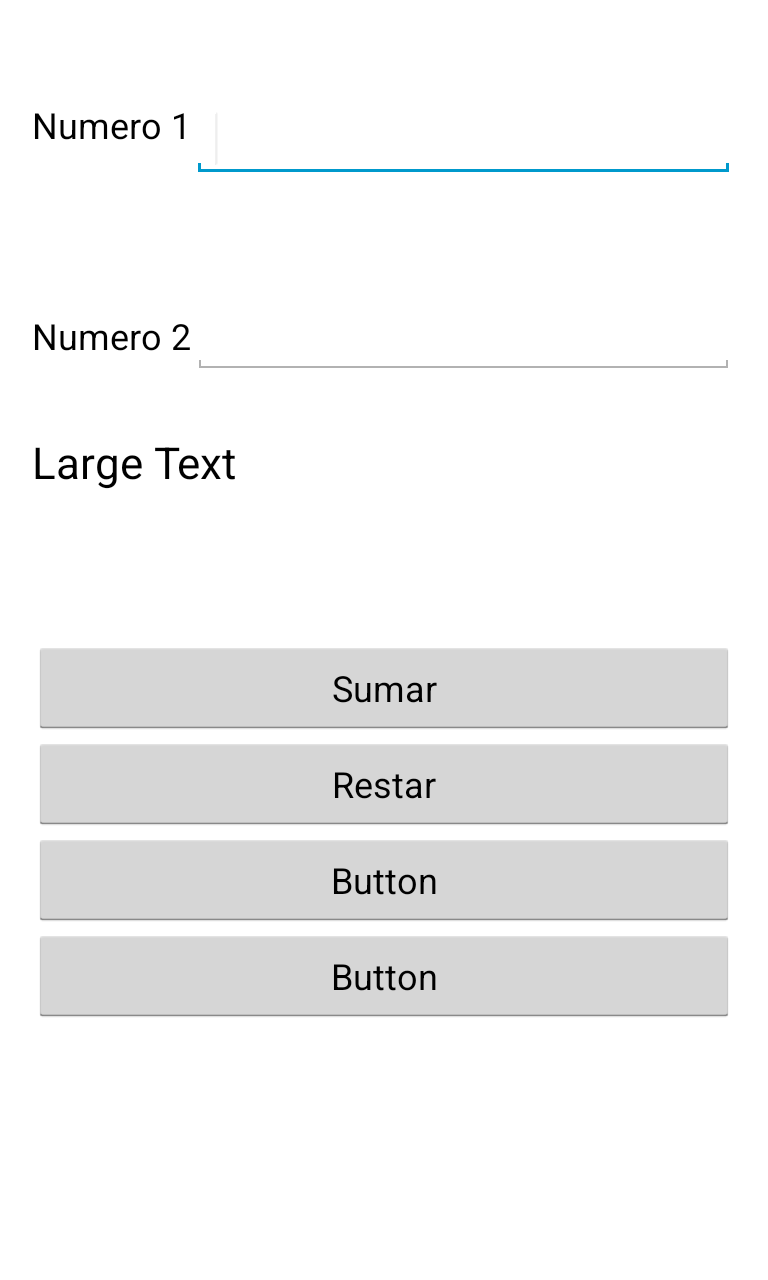
Repository: evervasquez/CursoAndroid
Layout: Precalculadora/res/layout/fragment_main.xml
An editor plug-in stored every save of this project. The layout is shown before and after the next save, followed by the edit.
It is drawn on a 768 x 1280 px phone screen (xhdpi) without system bars, with theme AppTheme; the app's code is not run.

Above is the layout before, as saved 2014-04-29 03:41:16.

After the next save:
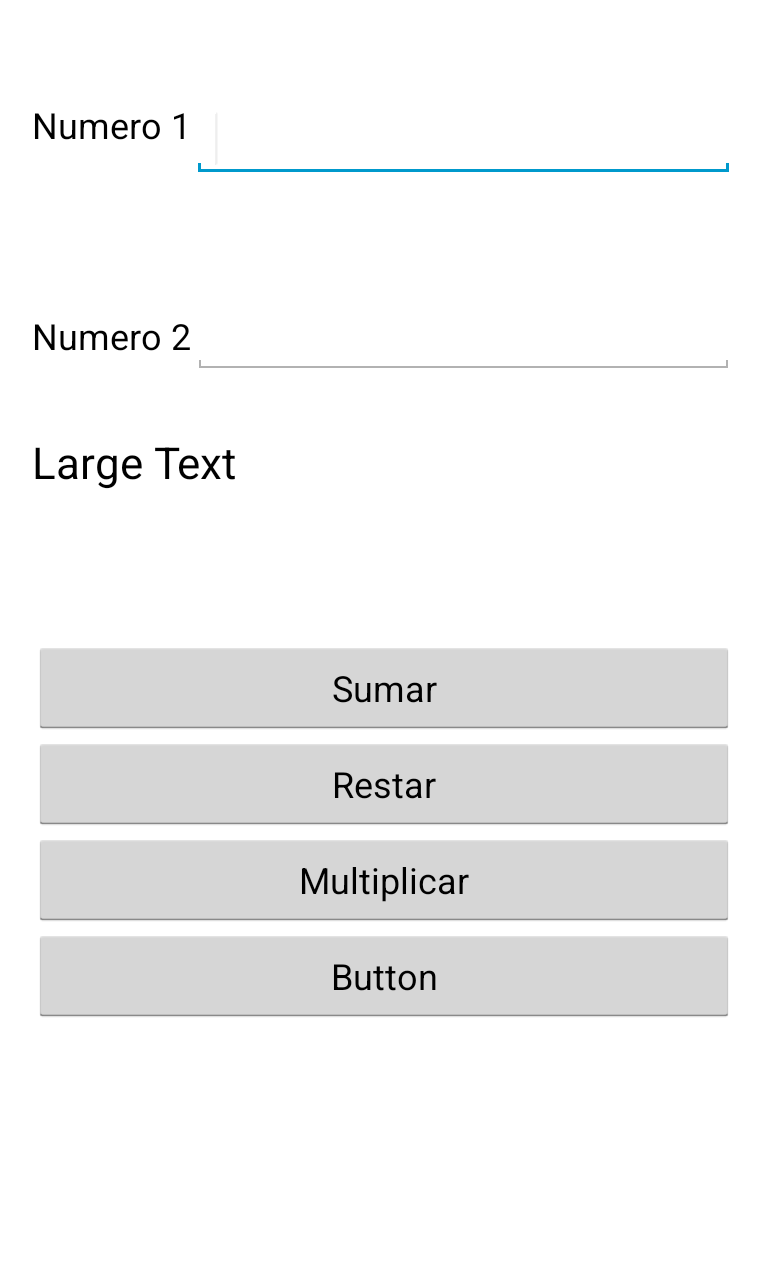
Saved 6 s later.
--- a/Precalculadora/res/layout/fragment_main.xml
+++ b/Precalculadora/res/layout/fragment_main.xml
@@ -94,7 +94,7 @@
 		    android:id="@+id/btn_multi"
 		    android:layout_width="fill_parent"
 		    android:layout_height="wrap_content"
-		    android:text="Button" />
+		    android:text="@string/txt_multiplicacion" />
 
 		<Button
 		    android:id="@+id/button4"
